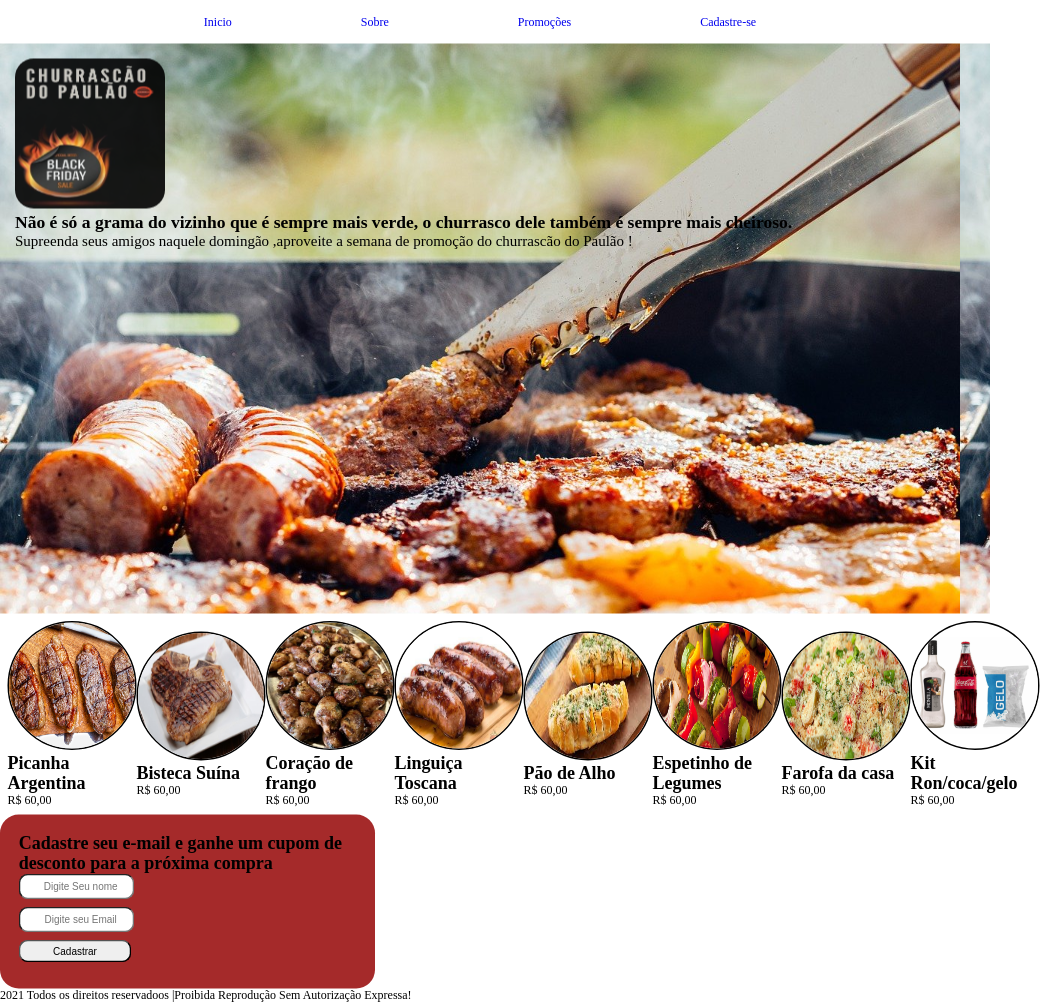
Repository: PauloMarquess/ProjetoBlackFriday
Page: index.html
The author's editor kept a copy of each file at every save. The page is drawn from the files as they stood at one save, then again after the next save.
The browser window is 1280 px wide. The page is 1386 px wide, then 1320 px, so the pictures cover 1386 px, including what lies to the right of the window. The pictures show the whole page, at 75% of full size.

Above is the page before, as saved 2021-07-15 18:13:13.

After the next save:
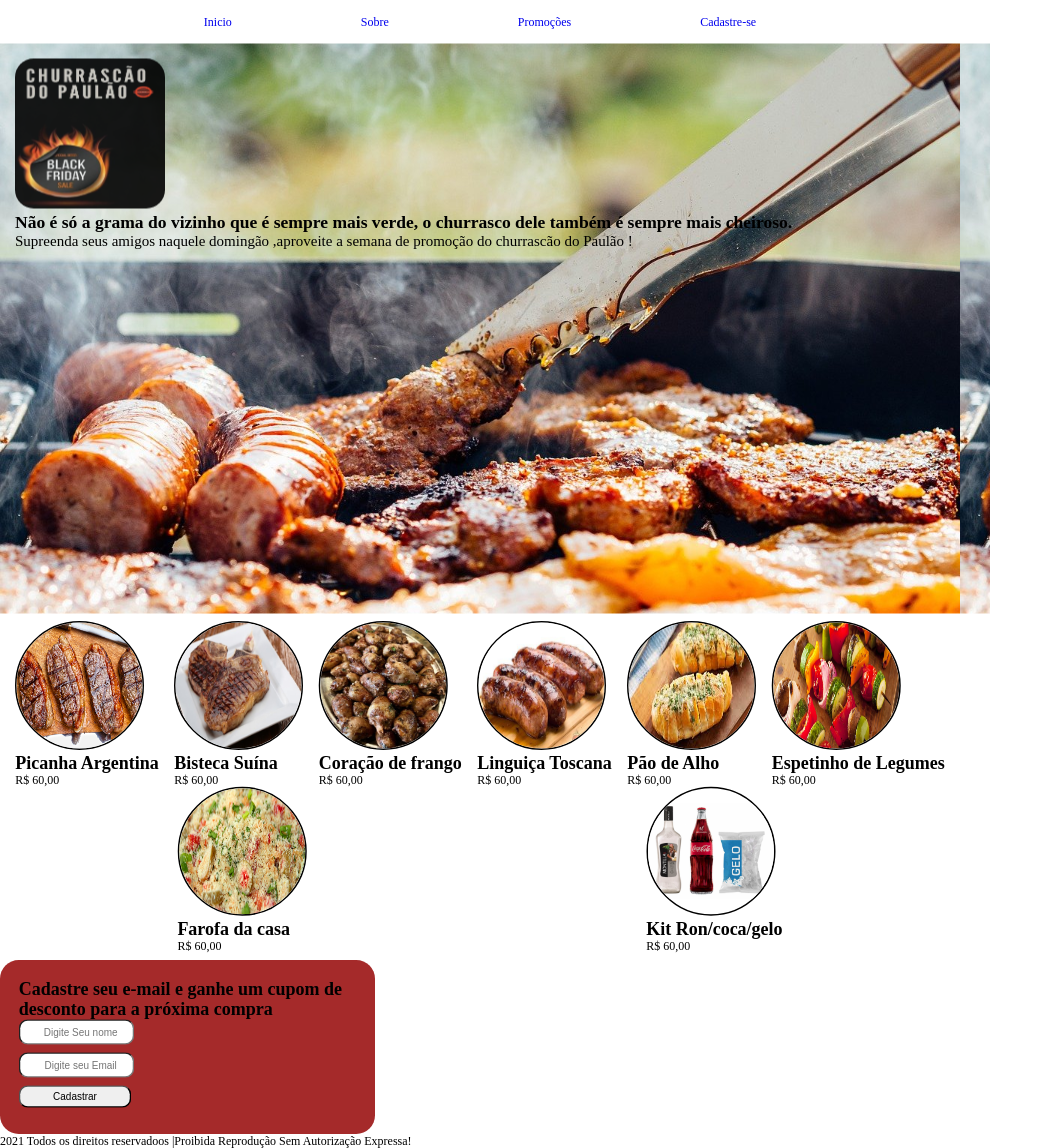
Saved 38 s later.
--- a/css/style.css
+++ b/css/style.css
@@ -83,6 +83,7 @@
     display: flex;
     align-items: center;
     justify-content: space-around;
+    flex-wrap:wrap
 
 }
 
